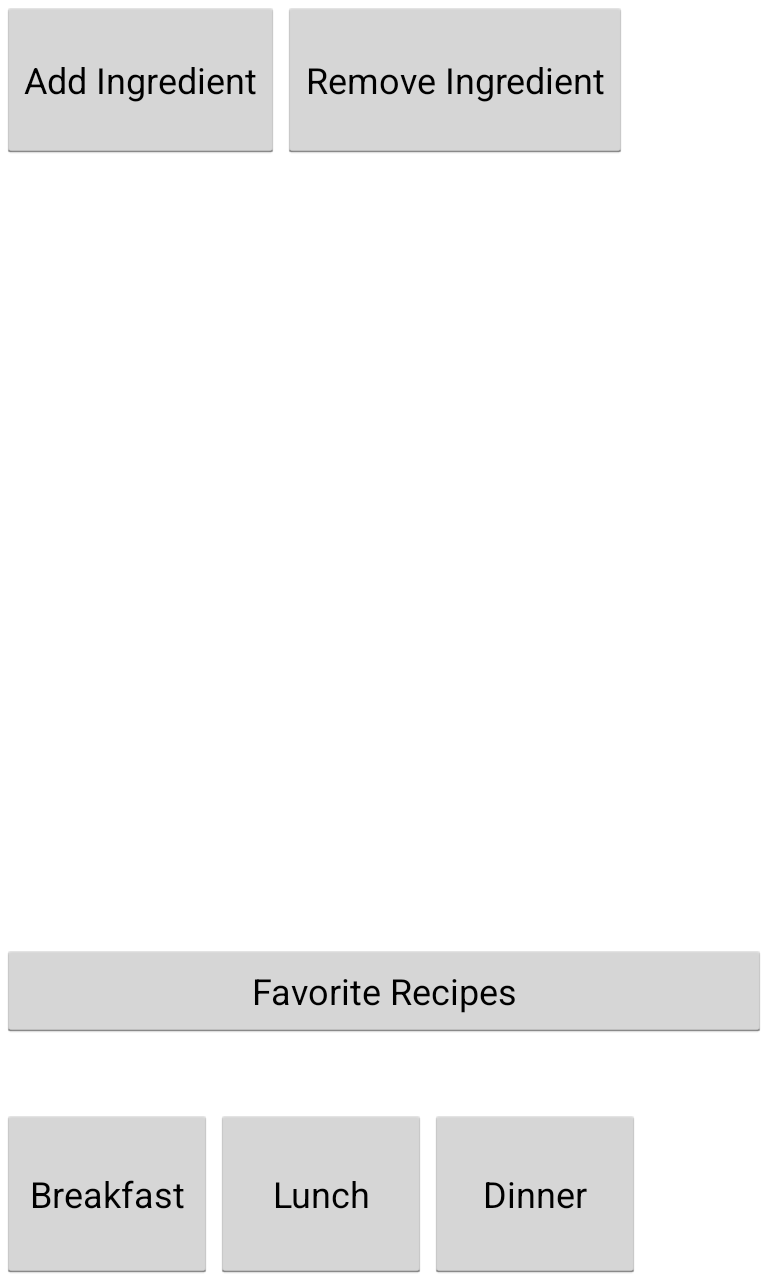
Repository: jmwood22/Boyardroid
Layout: Boyardroid/res/layout/activity_fridge.xml
The author's editor kept a copy of each file at every save. The layout is drawn from the files as they stood at one save, then again after the next save.
It is drawn on a 768 x 1280 px phone screen (xhdpi) without system bars, with theme AppTheme; the app's code is not run.

Above is the layout before, as saved 2013-02-20 10:35:17.

### Boyardroid/res/layout/activity_fridge.xml
<LinearLayout xmlns:android="http://schemas.android.com/apk/res/android"
    xmlns:tools="http://schemas.android.com/tools"
    android:id="@+id/AbsoluteLayout1"
    android:layout_width="match_parent"
    android:layout_height="match_parent"
    android:orientation="vertical"
    tools:context=".FridgeScreen" >

    <LinearLayout
        android:layout_width="wrap_content"
        android:layout_height="0dp"
        android:layout_weight="1.10" >

        <Button
            android:id="@+id/button2"
            android:layout_width="fill_parent"
            android:layout_height="80dp"
            android:layout_gravity="top"
            android:onClick="addIngre"
            android:text="@string/addIngredient_button" />

        <Button
            android:id="@+id/button3"
            android:layout_width="fill_parent"
            android:layout_height="80dp"
            android:layout_gravity="top"
            android:onClick="removIngre"
            android:text="@string/removeIngredient_button" />

    </LinearLayout>

    <Button
        android:id="@+id/button4"
        android:layout_width="fill_parent"
        android:layout_height="wrap_content"
        android:layout_gravity="bottom"
        android:onClick="favRecipe"
        android:text="@string/favoriteRecipe_button" />

    <LinearLayout
        android:layout_width="wrap_content"
        android:layout_height="0dp"
        android:layout_gravity="bottom"
        android:layout_weight="0.28"
        android:orientation="horizontal" >

        <Button
            android:id="@+id/Button01"
            android:layout_width="107dp"
            android:layout_height="86dp"
            android:layout_gravity="bottom"
            android:onClick="searchbreakfast"
            android:text="@string/breakfast_button" />

        <Button
            android:id="@+id/Button02"
            android:layout_width="107dp"
            android:layout_height="86dp"
            android:layout_gravity="bottom"
            android:onClick="searchlunch"
            android:text="@string/lunch_button" />

        <Button
            android:id="@+id/button1"
            android:layout_width="107dp"
            android:layout_height="86dp"
            android:layout_gravity="bottom"
            android:onClick="searchdinner"
            android:text="@string/dinner_button" />


    </LinearLayout>

</LinearLayout>

### Boyardroid/res/values/strings.xml
<?xml version="1.0" encoding="utf-8"?>
<resources>

    <string name="app_name">BoyarDroid</string>
    <string name="quick_recipe">Quick Recipe</string>
    <string name="menu_settings">Settings</string>
    <string name="title_activity_quck_recipe">QuckRecipe</string>
    <string name="title_activity_quick_recipe">QuickRecipe</string>
    <string name="find_recipe">Find Recipes</string>
    <string name="hello_world">Hello world!</string>
    <string name="title_activity_home_screen">HomeScreen</string>
    <string name="title_activity_fridge">Fridge</string>
	<string name="fridge_button">Fridge</string>
	<string name="dinner_button">Dinner</string>
	<string name="breakfast_button">Breakfast</string>
	<string name="lunch_button">Lunch</string>
	<string name="user_button">User text</string>
	<string name="addIngredient_button">Add Ingredient</string>
	<string name="removeIngredient_button">Remove Ingredient</string>
	<string name="favoriteRecipe_button">Favorite Recipes</string>
</resources>

Loaded but not shown: Boyardroid/res/values/styles.xml (common file); Boyardroid/res/values-v11/styles.xml (common file); Boyardroid/res/values-v14/styles.xml (common file)

After the next save:
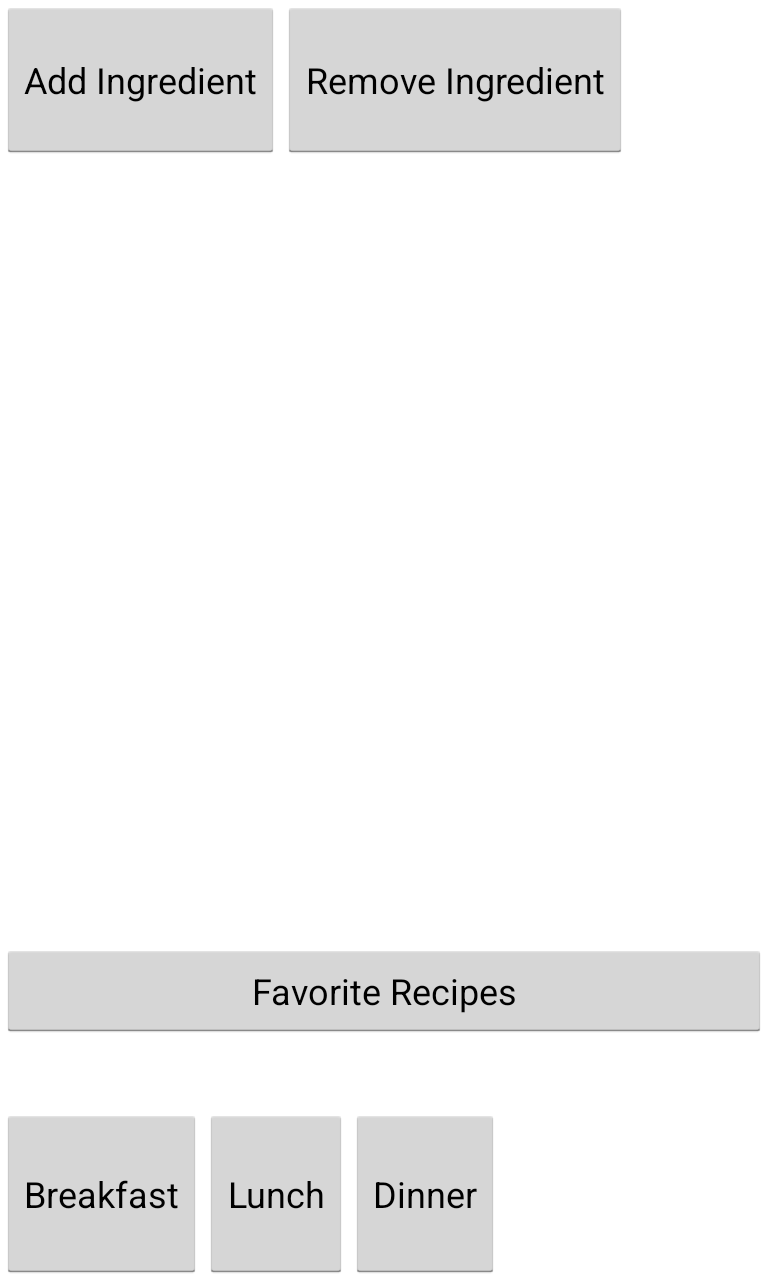
Saved 25 s later.
--- a/Boyardroid/res/layout/activity_fridge.xml
+++ b/Boyardroid/res/layout/activity_fridge.xml
@@ -46,7 +46,7 @@
 
         <Button
             android:id="@+id/Button01"
-            android:layout_width="107dp"
+            android:layout_width="fill_parent"
             android:layout_height="86dp"
             android:layout_gravity="bottom"
             android:onClick="searchbreakfast"
@@ -54,7 +54,7 @@
 
         <Button
             android:id="@+id/Button02"
-            android:layout_width="107dp"
+            android:layout_width="fill_parent"
             android:layout_height="86dp"
             android:layout_gravity="bottom"
             android:onClick="searchlunch"
@@ -62,7 +62,7 @@
 
         <Button
             android:id="@+id/button1"
-            android:layout_width="107dp"
+            android:layout_width="fill_parent"
             android:layout_height="86dp"
             android:layout_gravity="bottom"
             android:onClick="searchdinner"

After the save that followed:
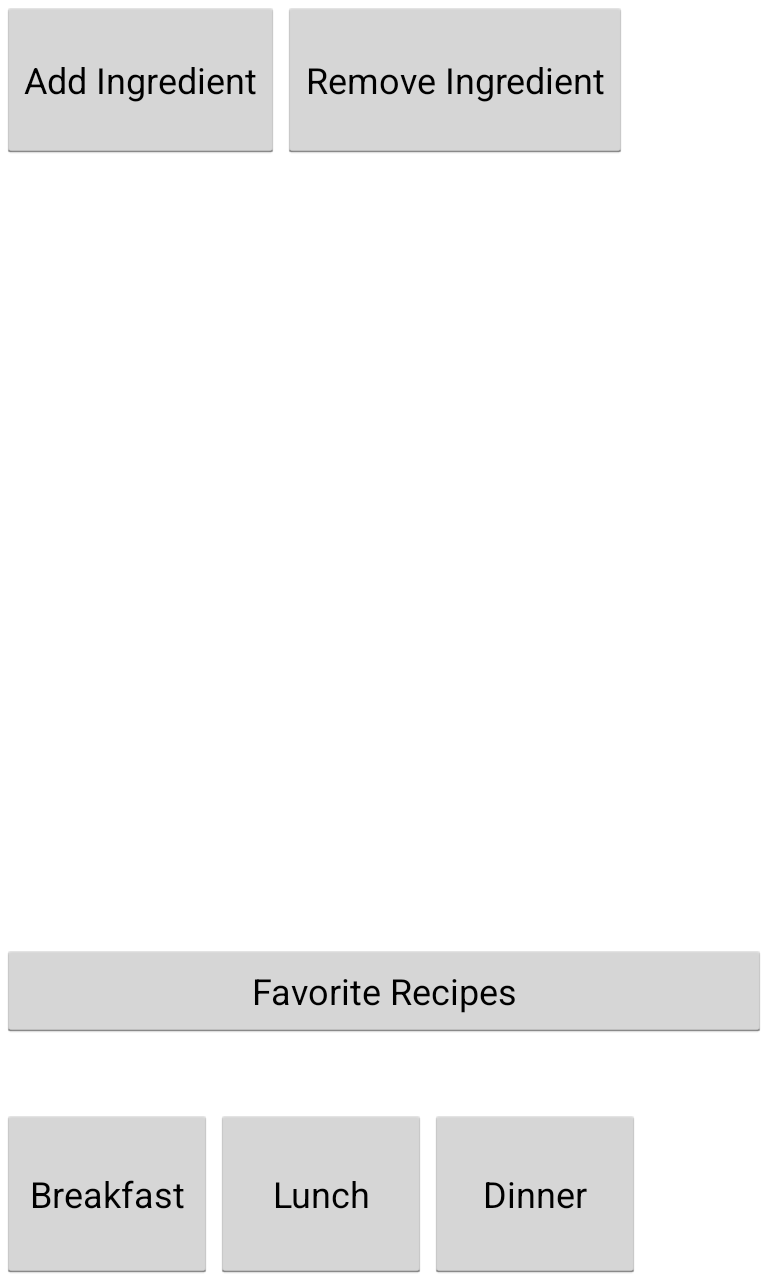
Saved 8 s later.
--- a/Boyardroid/res/layout/activity_fridge.xml
+++ b/Boyardroid/res/layout/activity_fridge.xml
@@ -46,7 +46,7 @@
 
         <Button
             android:id="@+id/Button01"
-            android:layout_width="fill_parent"
+            android:layout_width="107dp"
             android:layout_height="86dp"
             android:layout_gravity="bottom"
             android:onClick="searchbreakfast"
@@ -54,7 +54,7 @@
 
         <Button
             android:id="@+id/Button02"
-            android:layout_width="fill_parent"
+            android:layout_width="107dp"
             android:layout_height="86dp"
             android:layout_gravity="bottom"
             android:onClick="searchlunch"
@@ -62,7 +62,7 @@
 
         <Button
             android:id="@+id/button1"
-            android:layout_width="fill_parent"
+            android:layout_width="107dp"
             android:layout_height="86dp"
             android:layout_gravity="bottom"
             android:onClick="searchdinner"
